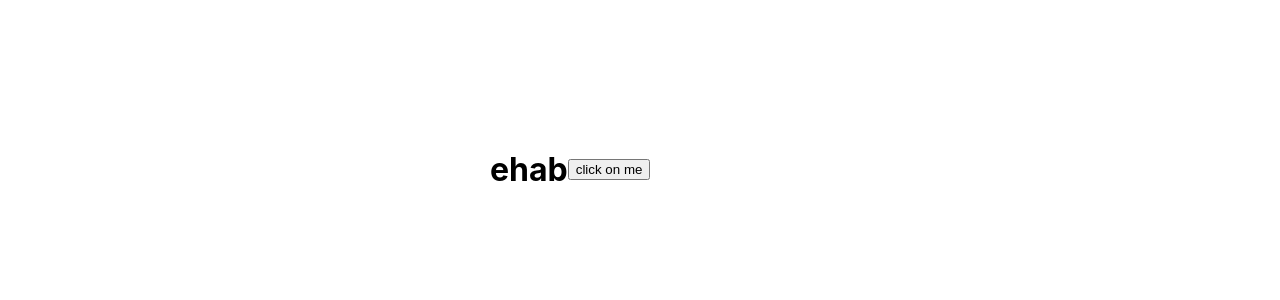
Repository: ehabmelhem/Demotweet-app
Page: /
The author's editor kept a copy of each file at every save. The page is drawn from the files as they stood at one save, then again after a run of saves.
The browser window is 1280 px wide. The pictures show the whole page.
The project was rebuilt for these pictures with package versions that can differ from the ones it lists, and the page was loaded fresh each time.

Above is the page before, as saved 2021-01-22 20:15:33.

### src/index.js
import React from "react";
import ReactDOM from "react-dom";
import "./index.css";
import Good from "./App";
import reportWebVitals from "./reportWebVitals";

ReactDOM.render(
  <React.StrictMode>
    <Good />
  </React.StrictMode>,
  document.getElementById("root")
);

// If you want to start measuring performance in your app, pass a function
// to log results (for example: reportWebVitals(console.log))
// or send to an analytics endpoint. Learn more: https://bit.ly/CRA-vitals
reportWebVitals();

### src/App.js
import { useState } from "react";
import "./App.css";

export default function Good() {
  const [h1_value, setHvalue] = useState("ehab");
  const handel_click = () => {
    if (h1_value === "ehab") setHvalue("melhem");
    else setHvalue("ehab");
  };
  return (
    <div className="app">
      <h1>{h1_value}</h1>
      <button onClick={handel_click}>click on me</button>
    </div>
  );
}

### src/App.css
.app {
  margin: 0 auto;
  /* text-align: center; */
  display: flex;
  position: relative;
  top: 150px;
  width: 300px;
  align-items: center;
}

Loaded but not shown: public/index.html (common file); src/index.css (common file); src/reportWebVitals.js (common file)

After the next 3 saves:
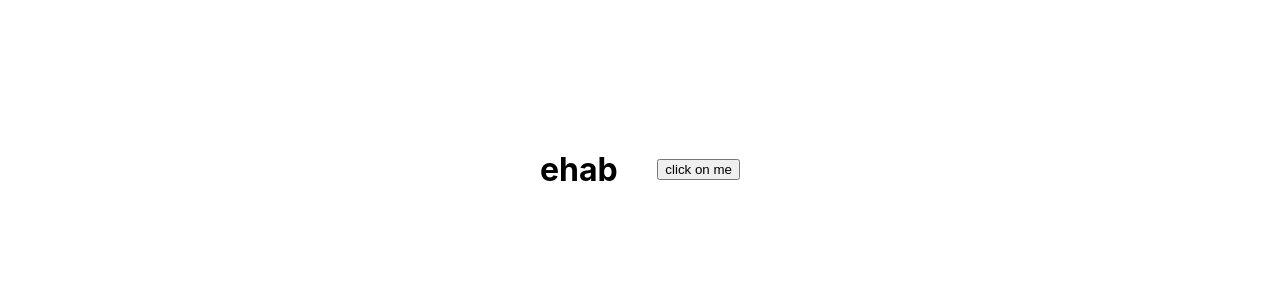
The 3 saves are shown as one change because they came seconds apart.
The last was saved 11 s later.
--- a/src/App.css
+++ b/src/App.css
@@ -4,6 +4,7 @@
   display: flex;
   position: relative;
   top: 150px;
-  width: 300px;
+  width: 200px;
+  justify-content: space-between;
   align-items: center;
 }
